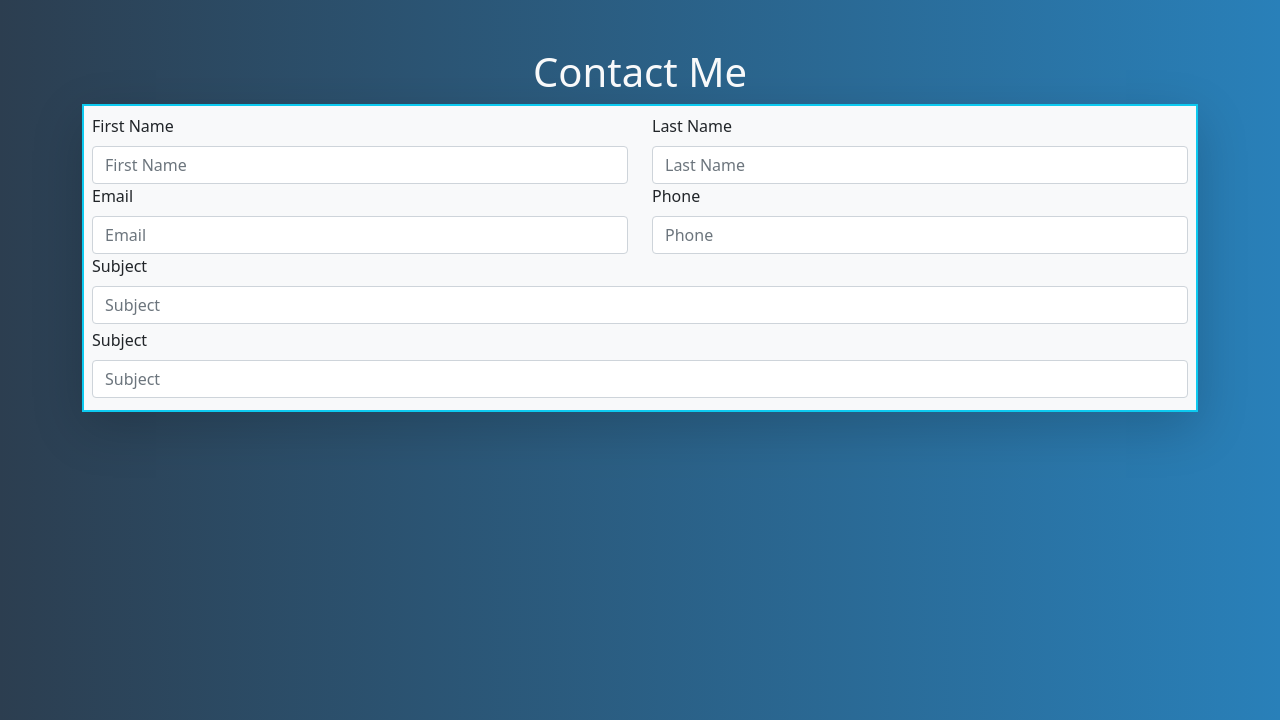
Repository: norman0286/formContactMe
Page: contactForm.html
An editor plug-in stored every save of this project. The page is shown before and after the next save, followed by the edit.
The browser window is 1280 px wide. The pictures show the whole page.

Above is the page before, as saved 2023-04-20 09:06:51.

After the next save:
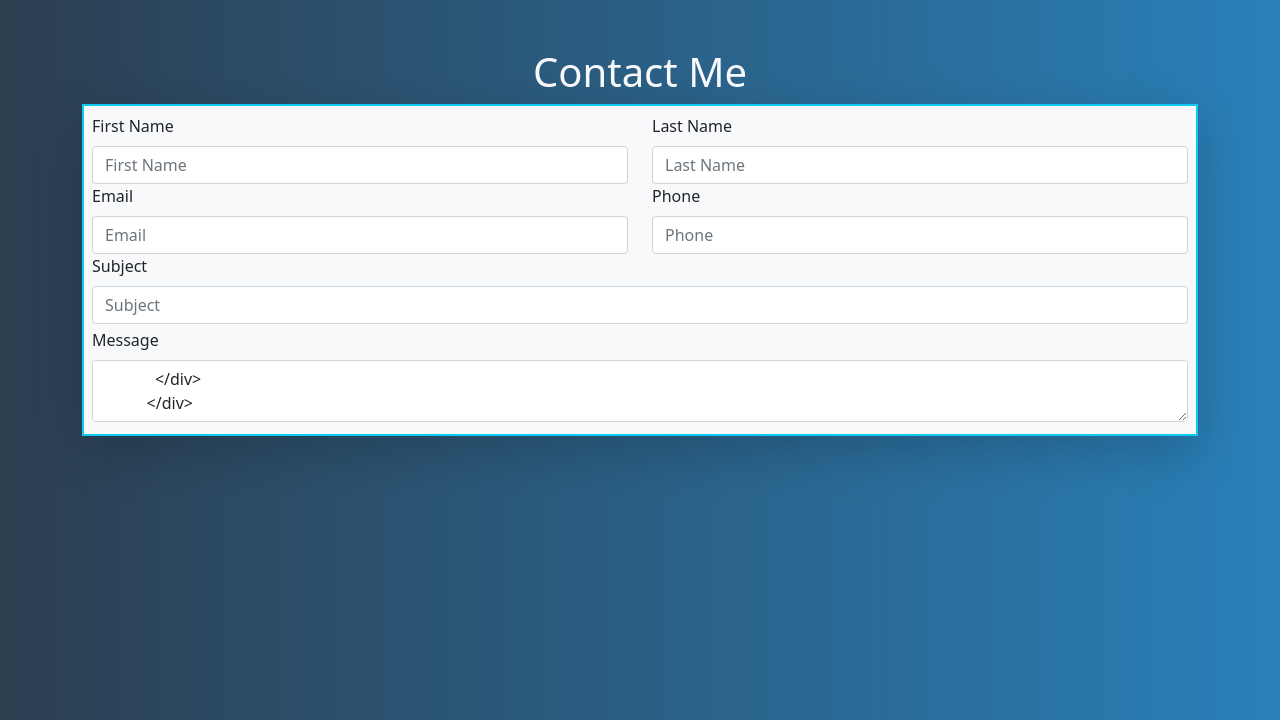
Saved 88 s later.
--- a/contactForm.html
+++ b/contactForm.html
@@ -86,13 +86,13 @@
           </div>
           <div class="row mb-1">
             <div class="col">
-              <label class="form-label">Subject</label>
-              <input
+              <label class="form-label">Message</label>
+              <textarea
                 type="text"
-                name="subject"
+                name="message"
                 class="form-control"
-                placeholder="Subject"
-                aria-label="Subject"
+                placeholder="Your Message"
+                aria-label="Your Message"
                 required
               />
             </div>
